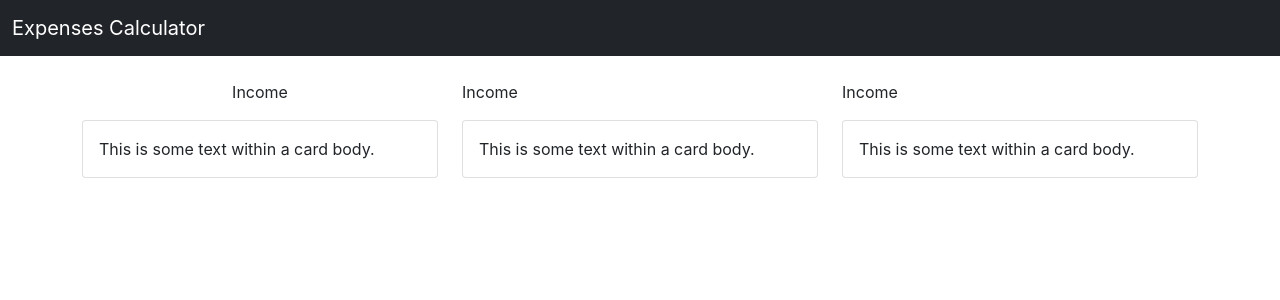
Repository: eidankhan/expenses-calculator
Page: /
These files come from the project's save history. The page is drawn as it stood at one moment and after the next save; the edit follows.
The browser window is 1280 px wide. The pictures show the whole page.
The project was rebuilt for these pictures with package versions that can differ from the ones it lists, and the page was loaded fresh each time. Also part of the build but not shown: src/components/SaveIncome.js.

Above is the page before, as saved 2021-11-29 16:56:17.

After the next save:
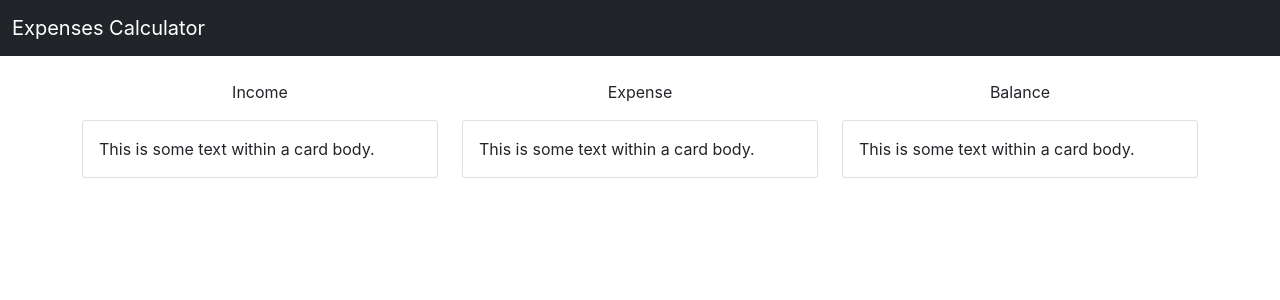
Saved 43 s later.
--- a/src/components/IncomeSummary.js
+++ b/src/components/IncomeSummary.js
@@ -30,8 +30,8 @@ export const IncomeSummary = () => {
     <div className="my-3">
       <div className="row">
         <div className="col-md-4 my-2 text-center"> Income</div>
-        <div className="col-md-4 my-2"> Income</div>
-        <div className="col-md-4 my-2"> Income</div>
+        <div className="col-md-4 my-2 text-center"> Expense</div>
+        <div className="col-md-4 my-2 text-center"> Balance</div>
       </div>
       <div className="row">
         <div className="col-md-4 my-2">
